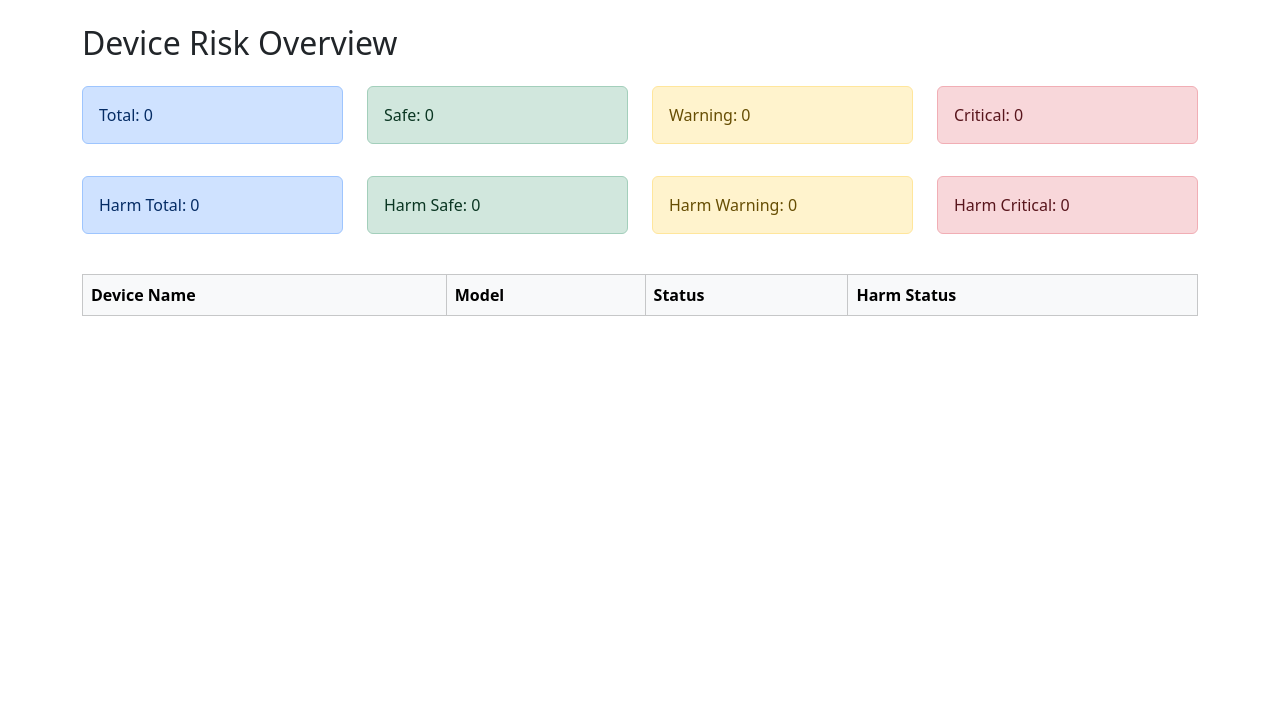
Repository: Sarary2/AEMS_2MVP
Page: / (app in frontend/AEMS/)
These files come from the project's save history. The page is drawn as it stood at one moment and after the next save; the edit follows.
The browser window is 1280 px wide. The pictures show the whole page.
The page's requests for data from a server got no answer. The project was rebuilt for these pictures with package versions that can differ from the ones it lists, and the page was loaded fresh each time. No one was signed in, and anything a server would have sent is missing. Also part of the build but not shown: frontend/AEMS/vite.config.js. Imported but missing from the stored project, and not drawn on this page: frontend/AEMS/src/pages/Events, frontend/AEMS/src/pages/Login, frontend/AEMS/src/pages/Register.

Above is the page before, as saved 2025-05-05 21:26:31.

After the next save:
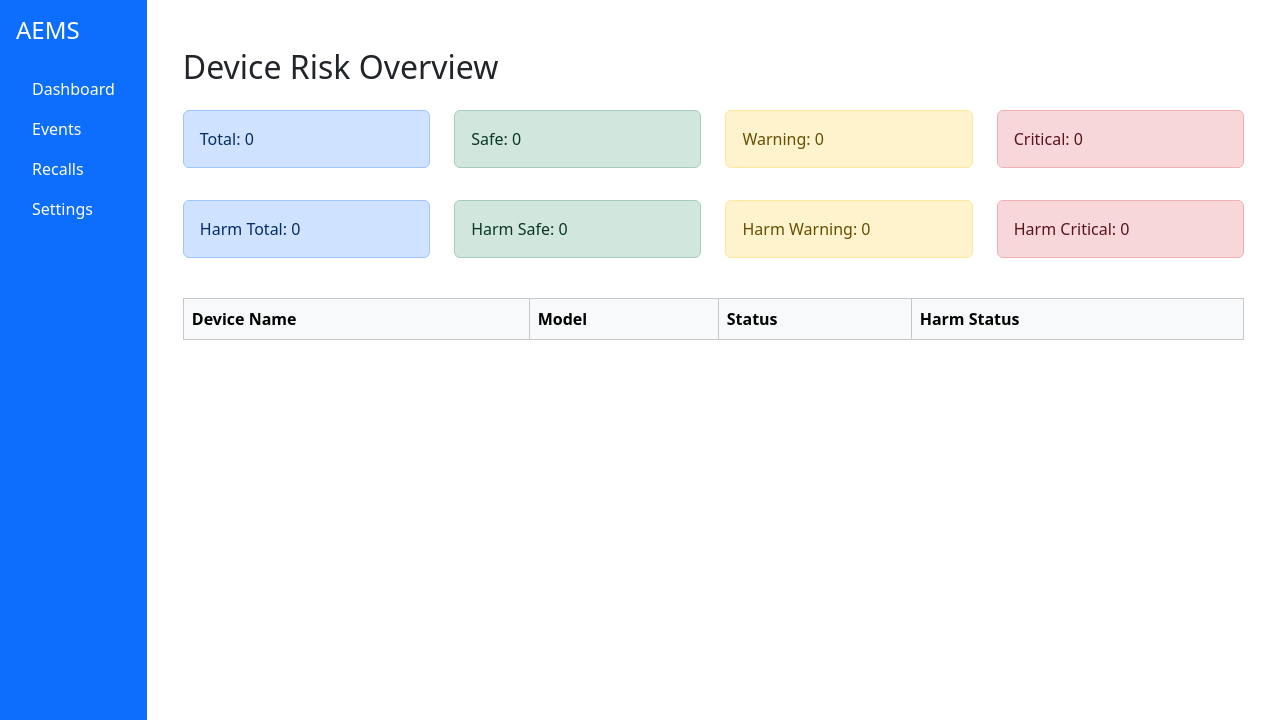
Saved 13 s later.
--- a/frontend/AEMS/src/App.jsx
+++ b/frontend/AEMS/src/App.jsx
@@ -1,6 +1,24 @@
-import React from 'react';
+import { BrowserRouter as Router, Routes, Route } from 'react-router-dom';
+import Sidebar from './components/Sidebar';
 import Dashboard from './pages/Dashboard';
+import Events from './pages/Events';
+import Login from './pages/Login';
+import Register from './pages/Register';
 
 export default function App() {
-  return <Dashboard />;
+  return (
+    <Router>
+      <div className="d-flex">
+        <Sidebar />
+        <div className="p-4 flex-grow-1">
+          <Routes>
+            <Route path="/" element={<Dashboard />} />
+            <Route path="/events" element={<Events />} />
+            <Route path="/login" element={<Login />} />
+            <Route path="/register" element={<Register />} />
+          </Routes>
+        </div>
+      </div>
+    </Router>
+  );
 }
